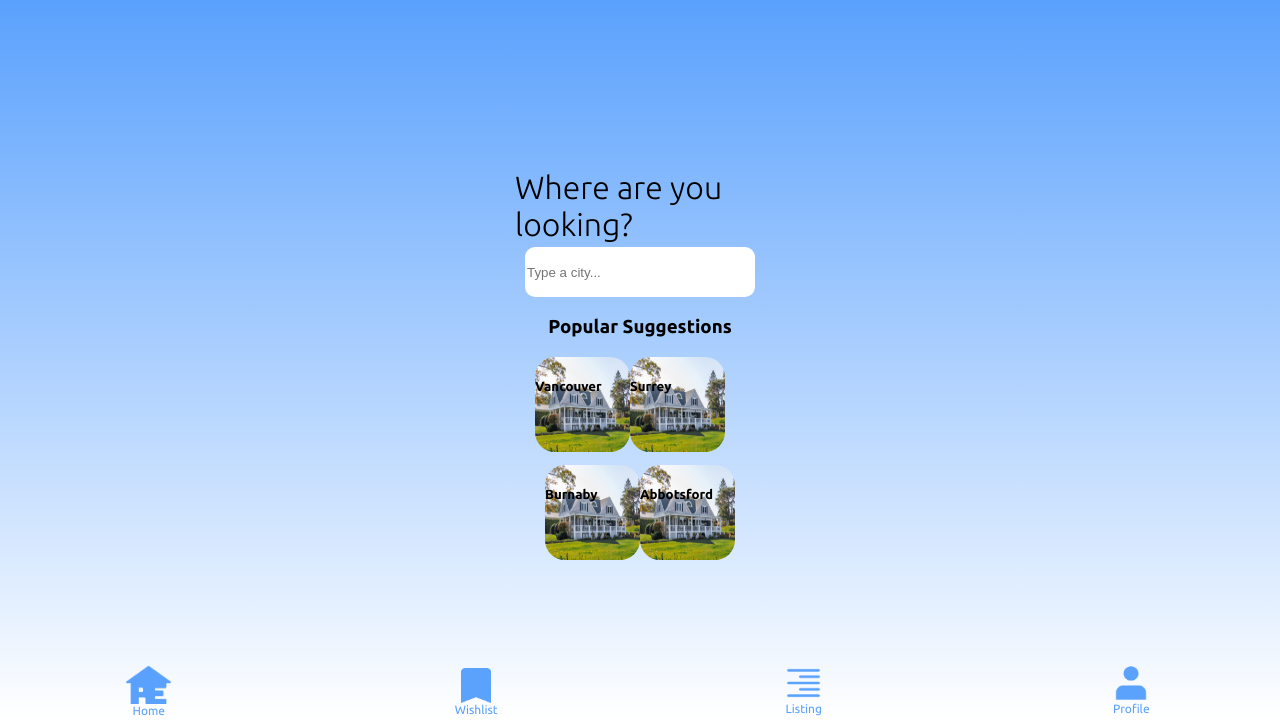
Repository: msyukurrr/realeasy
Page: /listing
These files come from the project's save history. The page is drawn as it stood at one moment and after the next save; the edit follows.
The browser window is 1280 px wide. The pictures show the whole page.
The project was rebuilt for these pictures with package versions that can differ from the ones it lists, and the page was loaded fresh each time. The framework's server and built-in components were replaced by stand-ins that run in the browser. Also part of the build but not shown: next.config.js, components/Button.js.

Above is the page before, as saved 2023-01-27 20:37:06.

### pages/listing.js
import Heading from "../components/Heading";
import NavBar from "../components/NavBar";
import styles from "../styles/Home.module.css"
import MainButton from "../components/Button.js";
import styled from "styled-components";



export default function Listing({

}){
    return(
        <><div className={styles.listing}>

        <Heading headingtxt="Where are you looking?"/>

        <input placeholder="Type a city..." style={{width:230, height:50, borderRadius:10, backgroundColor:"white", border:'transparent'}}></input>

        <h3>Popular Suggestions</h3>

    <div>

        <div style={{display:'flex', flexDirection:'row'}}>
            <div>
                <h5 style={{display:'flex', position:'absolute'}}>Vancouver</h5>
                <img src="house.png" style={{width:95, height:95, borderRadius:20}}/>

            </div>

            <div>
                <h5 style={{display:'flex', position:'absolute'}}>Surrey</h5>
                <img src="house.png" style={{width:95, height:95, borderRadius:20}}/>

            </div>
        </div>

        <div style={{display:'flex', flexDirection:'row', padding:10}}>
            <div>
                <h5 style={{display:'flex', position:'absolute'}}>Burnaby</h5>
                <img src="house.png" style={{width:95, height:95, borderRadius:20}}/>

            </div>

            <div>
                <h5 style={{display:'flex', position:'absolute'}}>Abbotsford</h5>
                <img src="house.png" style={{width:95, height:95, borderRadius:20}}/>

            </div>
        </div>

    </div>






        </div>
        <NavBar></NavBar>

        </>
    )
}

### styles/globals.css
@import url('https://fonts.googleapis.com/css2?family=Ubuntu:ital,wght@0,300;0,400;0,500;0,700;1,300;1,400;1,500;1,700&display=swap');

html,
body {
  padding: 0;
  margin: 0;
  font-family: "Ubuntu", sans-serif;
  background-color: #E6EEF8;
}

a {
  color: inherit;
  text-decoration: none;
}

* {
  box-sizing: border-box;
}

@media (prefers-color-scheme: dark) {
  html {
    color-scheme: dark;
  }
  body {
    color: white;
    background: E6EEF8;
  }
}

### components/Heading.js
import styled from "styled-components";

const Container = styled.div`
display: flex;
margin-left: 50px;
width: 300px;
height: 100px;

`

const Word = styled.h1`

color: ${props=>props.color};
font-weight: ${props=>props.fontweight};
`

export default function Heading({
    h1="Recommended by people around you",
    fw="300",
    color="#5AA1FD",
    headingtxt="Recommended by people around you"
}){
    return<>
    <Container>
    <Word fontweight={fw}
    >{headingtxt}</Word>
    </Container>
    </>
}

### components/NavBar.js
import styled from "styled-components";
import Link from "next/link";

const NavBarCont = styled.div`
position: fixed;
bottom: 0;
width: 100%;
`
const NavCont = styled.nav`
display: flex;
justify-content: space-around;
width: 100%;
background-color: transparent;
height: 60px;
`
const HomeCont = styled.div`
width: 50px;
height: 50px;
display:flex;
flex-direction: column;
justify-content: center;
align-items: center;
margin-top: ${props=>props.margintop};
`
const WishlistCont = styled.div`
width: 50px;
height: 50px;
display:flex;
flex-direction: column;
justify-content: center;
align-items: center;
margin-left: 30px;
margin-top: ${props=>props.margintop};
margin-bottom: ${props=>props.marginbottom};
`
const ListingCont = styled.div`
width: 50px;

display:flex;
flex-direction: column;
justify-content: center;
align-items: center;
margin-left: 30px;
margin-top: ${props=>props.margintop};
`
const ProfileCont = styled.div`
display:flex;
margin-left: 30px;
margin-top: ${props=>props.margintop};
`

const Icon = styled.img`
display: flex;
justify-content: center;
height: ${props=>props.height};
width: ${props=>props.width};
display: flex;
`

const NavList = styled.span`
display: flex;
align-self: center;
color: #5AA1FD;
font-size: 12px;
`


export default function NavBar({
    mt="5px",
    mb=""
}){
    return <NavBarCont>
    <NavCont>
        <Link href="/">
            <HomeCont margintop="6px">
                <Icon src='./logo.png' height="45px" width="45px"/>
                <NavList>Home</NavList>
            </HomeCont>
        </Link>
        <Link href="/wishlist">
            <WishlistCont margintop="7px">
                <Icon src='./wishlist.png' height="35px" width="30px"></Icon>
                <NavList>Wishlist</NavList>
            </WishlistCont>
        </Link>
        <Link href="/listing">
            <ListingCont margintop="4px">
                <Icon src='./listing.png' height="38px" width="45px"></Icon>
                <NavList>Listing</NavList>
            </ListingCont>
        </Link>
        <Link href="/profile">
            <ListingCont margintop="4px">
                <Icon src='./user.png' height="38px" width="40px"></Icon>
                <NavList>Profile</NavList>
            </ListingCont>
        </Link>
    </NavCont>
    </NavBarCont>
}

### styles/Home.module.css
.container {
  padding: 0 2rem;
}

.main {
  min-height: 100vh;
  padding: 4rem 0;
  flex: 1;
  display: flex;
  flex-direction: column;
  justify-content: center;
  align-items: center;
}


.listing {
  min-height: 100vh;
  padding: 4rem 0;
  flex: 1;
  display: flex;
  flex-direction: column;
  justify-content: center;
  align-items: center;
  background-image: linear-gradient(#5AA1FD, white);
}

.footer {
  display: flex;
  flex: 1;
  padding: 2rem 0;
  border-top: 1px solid #eaeaea;
  justify-content: center;
  align-items: center;
}

.footer a {
  display: flex;
  justify-content: center;
  align-items: center;
  flex-grow: 1;
}

.title a {
  color: #0070f3;
  text-decoration: none;
}

.title a:hover,
.title a:focus,
.title a:active {
  text-decoration: underline;
}

.title {
  margin: 0;
  line-height: 1.15;
  font-size: 4rem;
}

.title,
.description {
  text-align: center;
}

.description {
  margin: 4rem 0;
  line-height: 1.5;
  font-size: 1.5rem;
}

.code {
  background: #fafafa;
  border-radius: 5px;
  padding: 0.75rem;
  font-size: 1.1rem;
  font-family: Menlo, Monaco, Lucida Console, Liberation Mono, DejaVu Sans Mono,
    Bitstream Vera Sans Mono, Courier New, monospace;
}

.grid {
  display: flex;
  align-items: center;
  justify-content: center;
  flex-wrap: wrap;
  max-width: 800px;
}

.card {
  margin: 1rem;
  padding: 1.5rem;
  text-align: left;
  color: inherit;
  text-decoration: none;
  border: 1px solid #eaeaea;
  border-radius: 10px;
  transition: color 0.15s ease, border-color 0.15s ease;
  max-width: 300px;
}

.card:hover,
.card:focus,
.card:active {
  color: #0070f3;
  border-color: #0070f3;
}

.card h2 {
  margin: 0 0 1rem 0;
  font-size: 1.5rem;
}

.card p {
  margin: 0;
  font-size: 1.25rem;
  line-height: 1.5;
}

.logo {
  height: 1em;
  margin-left: 0.5rem;
}

@media (max-width: 600px) {
  .grid {
    width: 100%;
    flex-direction: column;
  }
}

@media (prefers-color-scheme: dark) {
  .card,
  .footer {
    border-color: #222;
  }
  .code {
    background: #111;
  }
  .logo img {
    filter: invert(1);
  }
}

Loaded but not shown: pages/_app.js (common file)

After the next save:
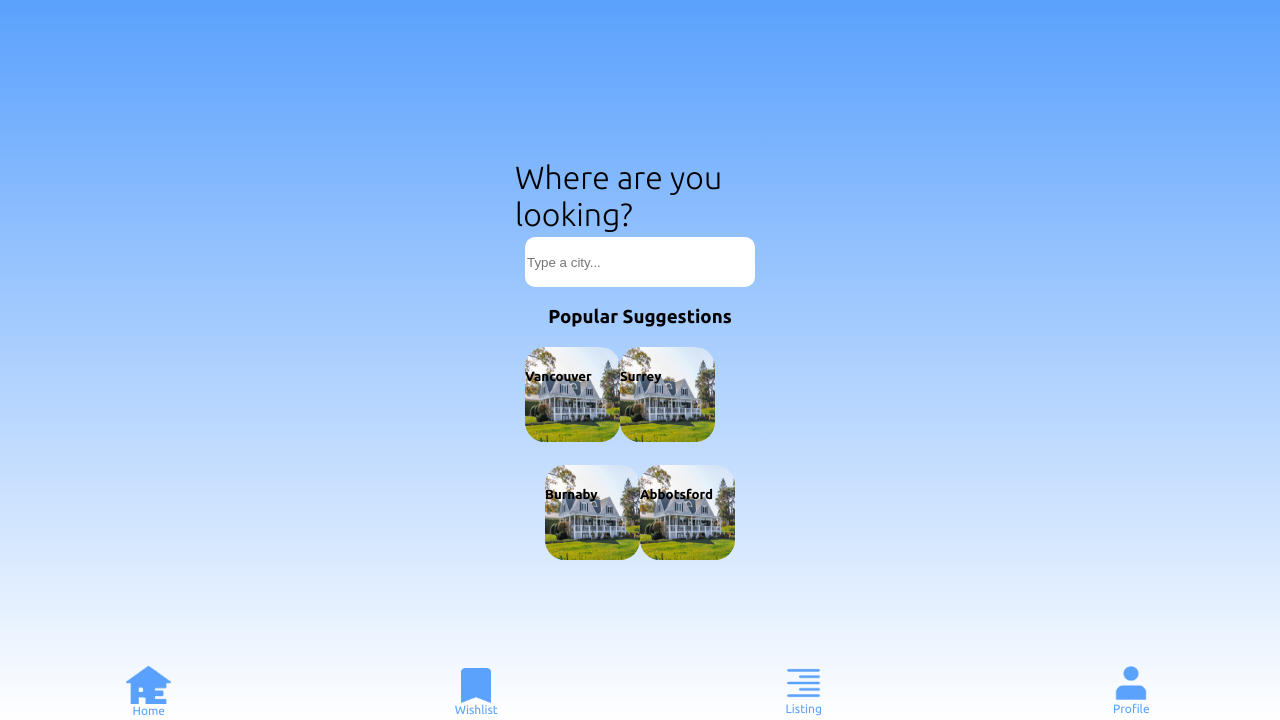
Saved 4 s later.
--- a/pages/listing.js
+++ b/pages/listing.js
@@ -34,7 +34,7 @@ export default function Listing({
             </div>
         </div>
 
-        <div style={{display:'flex', flexDirection:'row', padding:10}}>
+        <div style={{display:'flex', flexDirection:'row', padding:20}}>
             <div>
                 <h5 style={{display:'flex', position:'absolute'}}>Burnaby</h5>
                 <img src="house.png" style={{width:95, height:95, borderRadius:20}}/>
